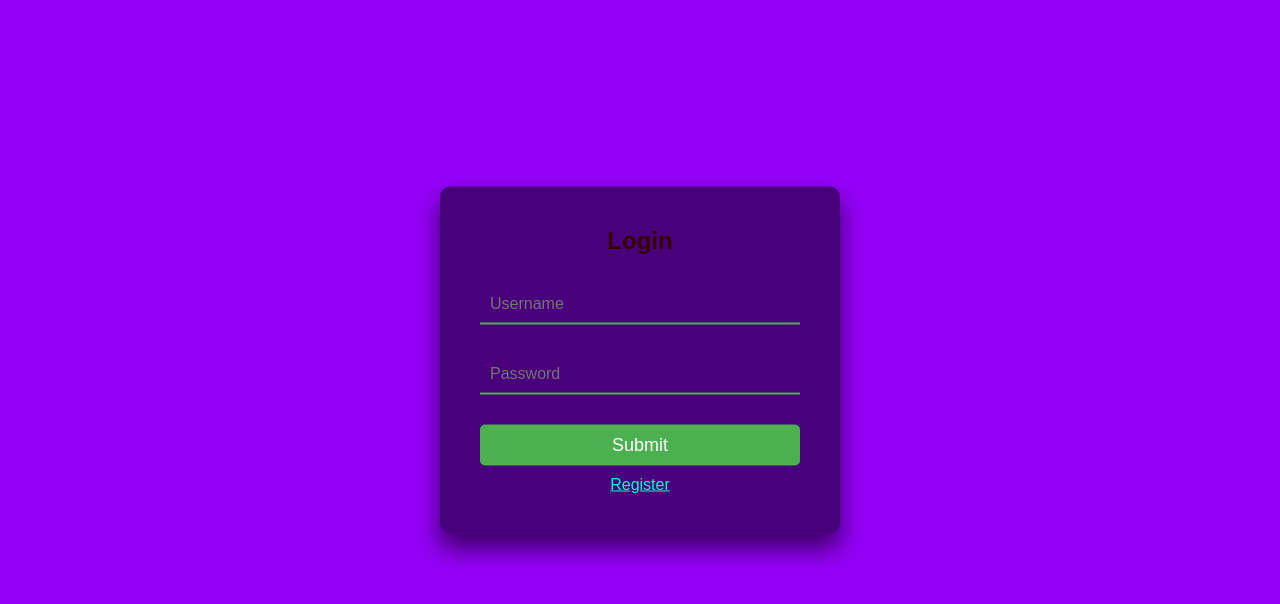
Repository: SRBshakib/Safe-Food---DBMS-project
Page: Organaization/login.html
These files come from the project's save history. The page is drawn as it stood at one moment and after the next save; the edit follows.
The browser window is 1280 px wide. The pictures show the whole page.

Above is the page before, as saved 2024-11-10 21:43:00.

After the next save:
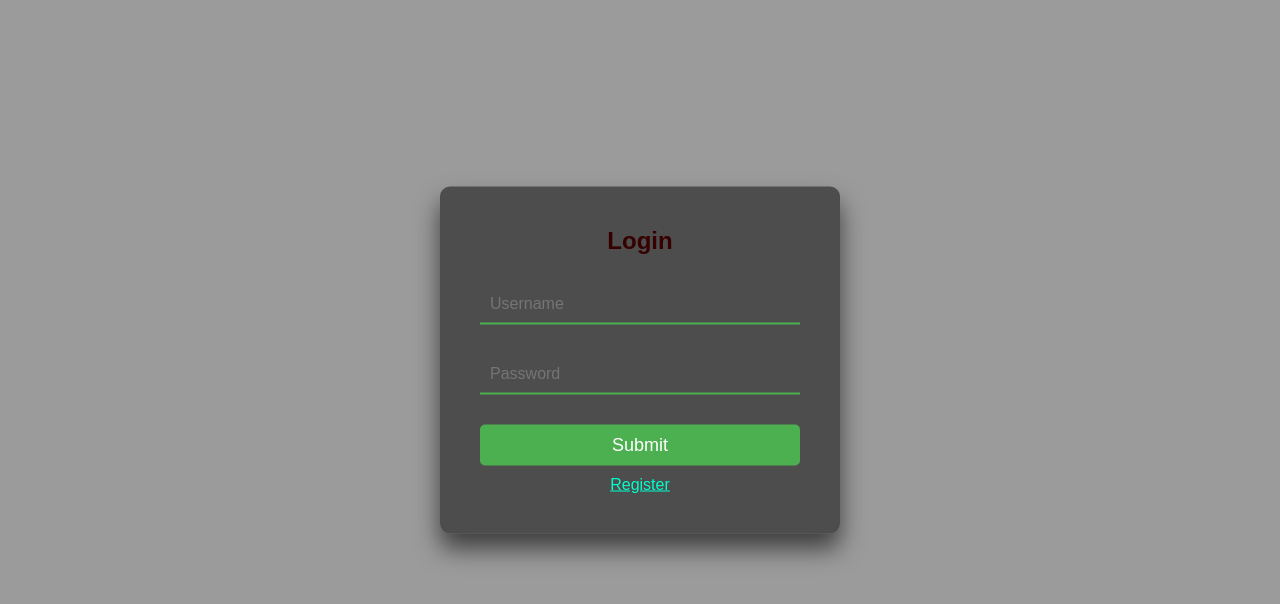
Saved 4 min 34 s later.
--- a/Organaization/style_login.css
+++ b/Organaization/style_login.css
@@ -12,7 +12,7 @@ body {
     justify-content: center;
     align-items: center;
     height: 100vh;
-    background-color: #9400f7;
+    background-color: #9b9b9b;
     color: rgb(54, 0, 0);
 }
 
